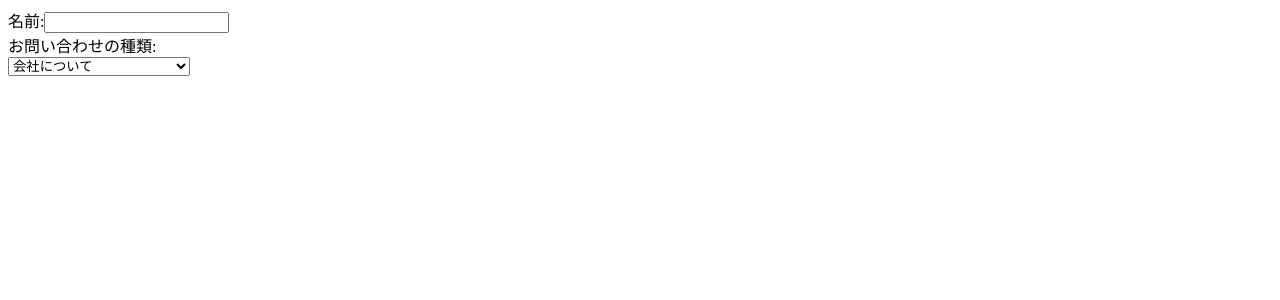
Repository: yusuke413/practice
Page: http://localhost/WebProj/inquiry.jsp
The author's editor kept a copy of each file at every save. The page is drawn from the files as they stood at one save, then again after the next save.
The browser window is 1280 px wide. The pictures show the whole page.
The page is served by Tomcat 9. Other server files are loaded and not shown.

Above is the page before, as saved 2018-12-09 06:52:36.

### WebProj/WebContent/inquiry.jsp
<%@ page language="java" contentType="text/html; charset=UTF-8"
    pageEncoding="UTF-8"%>
<!DOCTYPE html>
<html>
<head>
<meta charset=UTF-8">
<title>問い合わせフォーム</title>
</head>
<body>

    <s:form method="post" action="InquiryCompleteAction">

        名前:<input type="text" name="name"/><br>

        お問い合わせの種類:<br>

        <select name="qtype">

            <option value="company">会社について</option>

            <option value="product">製品について</option>

            <option value="support">アフターサポートについて</option>

            お問い合わせ内容:

            <s:textarea name="body"/>

        </select>

    </s:form>

</body>
</html>

After the next save:
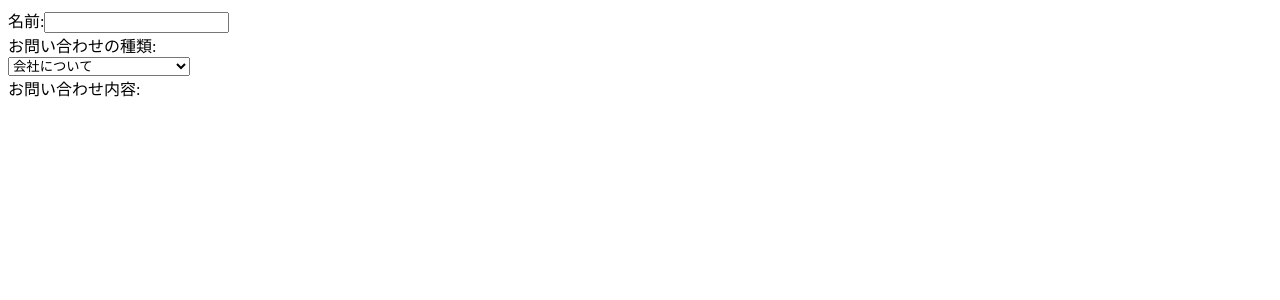
Saved 2 min 18 s later.
--- a/WebProj/WebContent/inquiry.jsp
+++ b/WebProj/WebContent/inquiry.jsp
@@ -22,11 +22,15 @@
 
             <option value="support">アフターサポートについて</option>
 
-            お問い合わせ内容:
+        </select>
 
-            <s:textarea name="body"/>
+        <br>
 
-        </select>
+        お問い合わせ内容:
+
+        <s:textarea name="body"/><br>
+
+        <s:submit value="登録"/>
 
     </s:form>
 
